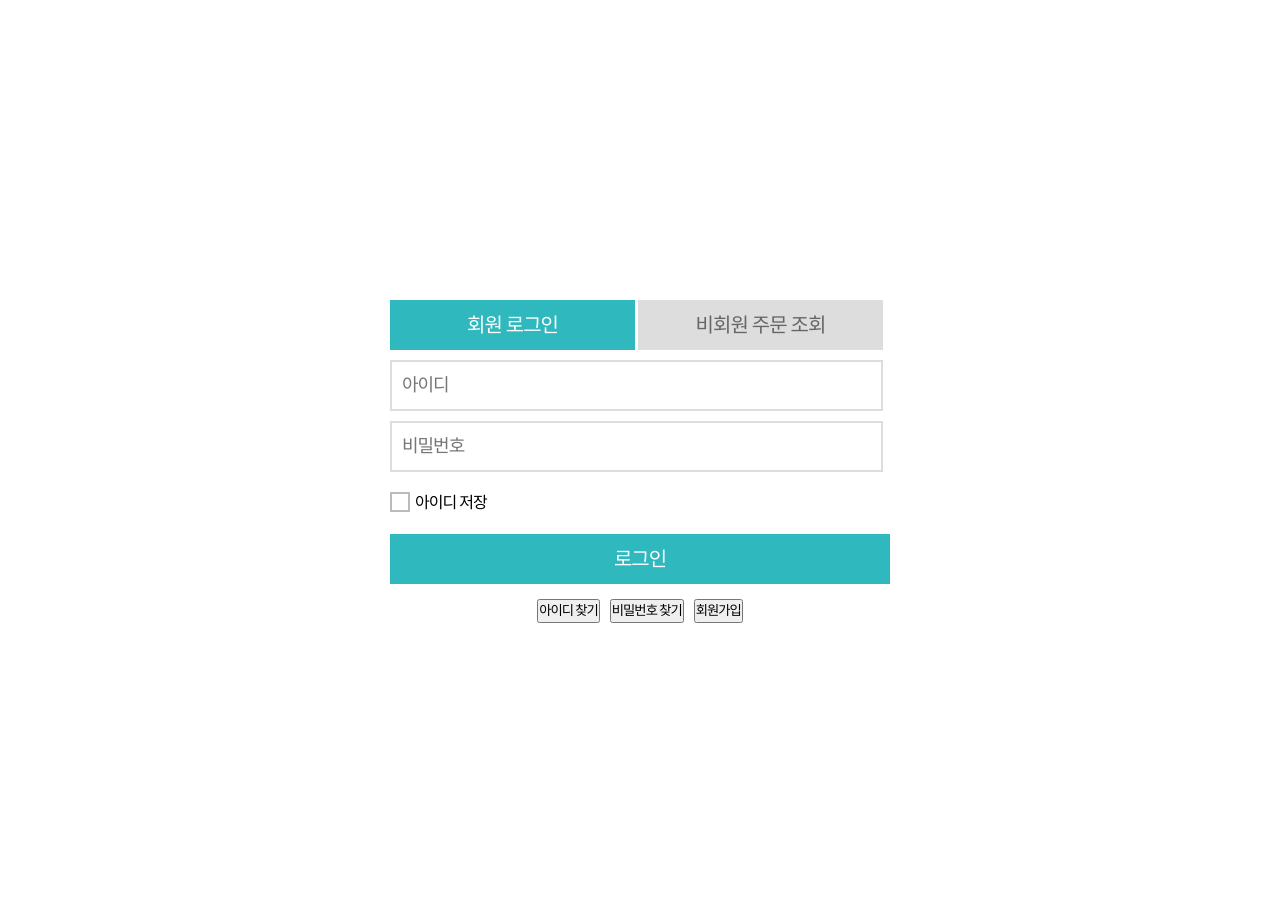
Repository: InhoKang92/jsp_1018
Page: http://localhost/Web_01/login.jsp
An editor plug-in stored every save of this project. The page is shown before and after the next save, followed by the edit.
The browser window is 1280 px wide. The pictures show the whole page.
Some web fonts or font styles are not loaded; a fallback is used. The page is served by Tomcat 9.

Above is the page before, as saved 2024-10-16 01:33:25.

After the next save:
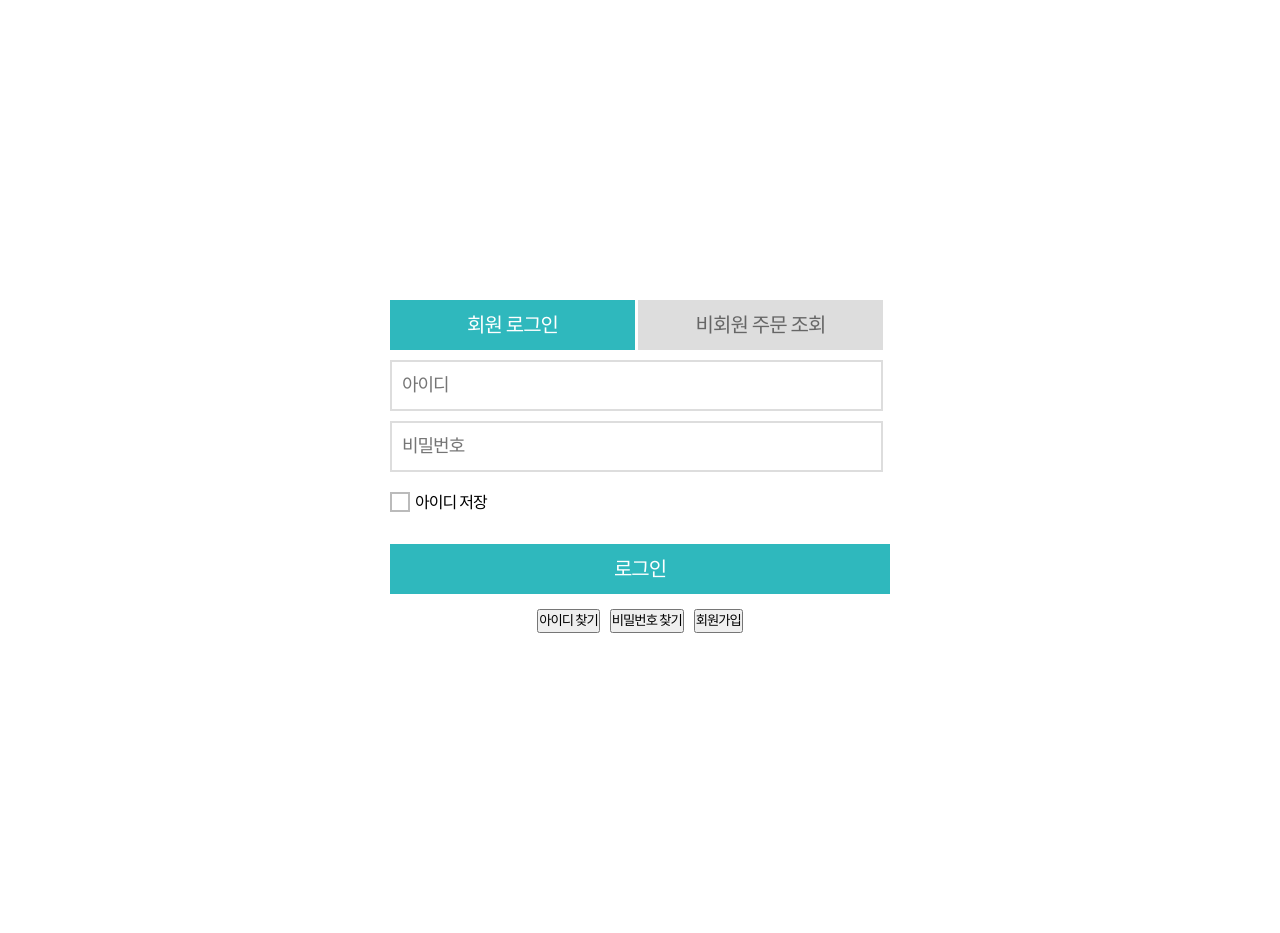
Saved 11 s later.
--- a/Web_01/src/main/webapp/login.jsp
+++ b/Web_01/src/main/webapp/login.jsp
@@ -28,7 +28,7 @@ pageEncoding="UTF-8"%>
                 </div>
 
             </div>
-            <div class="login_btn">로그인</div>
+            <button class="login_btn">로그인</button>
             <div class="etc_box">
                 <button>아이디 찾기</button>
                 <button>비밀번호 찾기</button>
